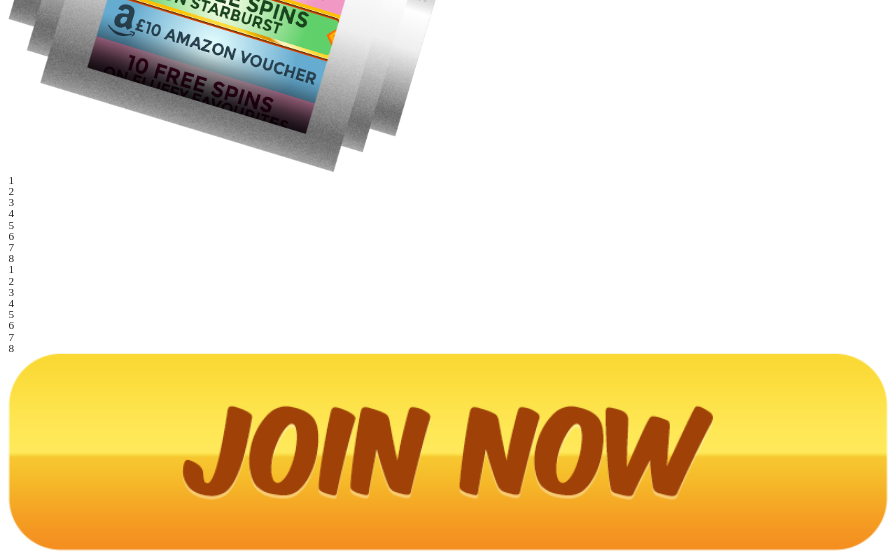
Repository: kligan/Animated_UI
Page: 15marketing/index.html
These files come from the project's save history. The page is drawn as it stood at one moment and after the next save; the edit follows.
The browser window is 1280 px wide. The pictures show the part of the page from y = 2118 to 4038 px (the page is 2905 px tall before and 4992 px after), at 70% of full size.

Above is the page before, as saved 2021-05-30 22:20:57.

After the next save:
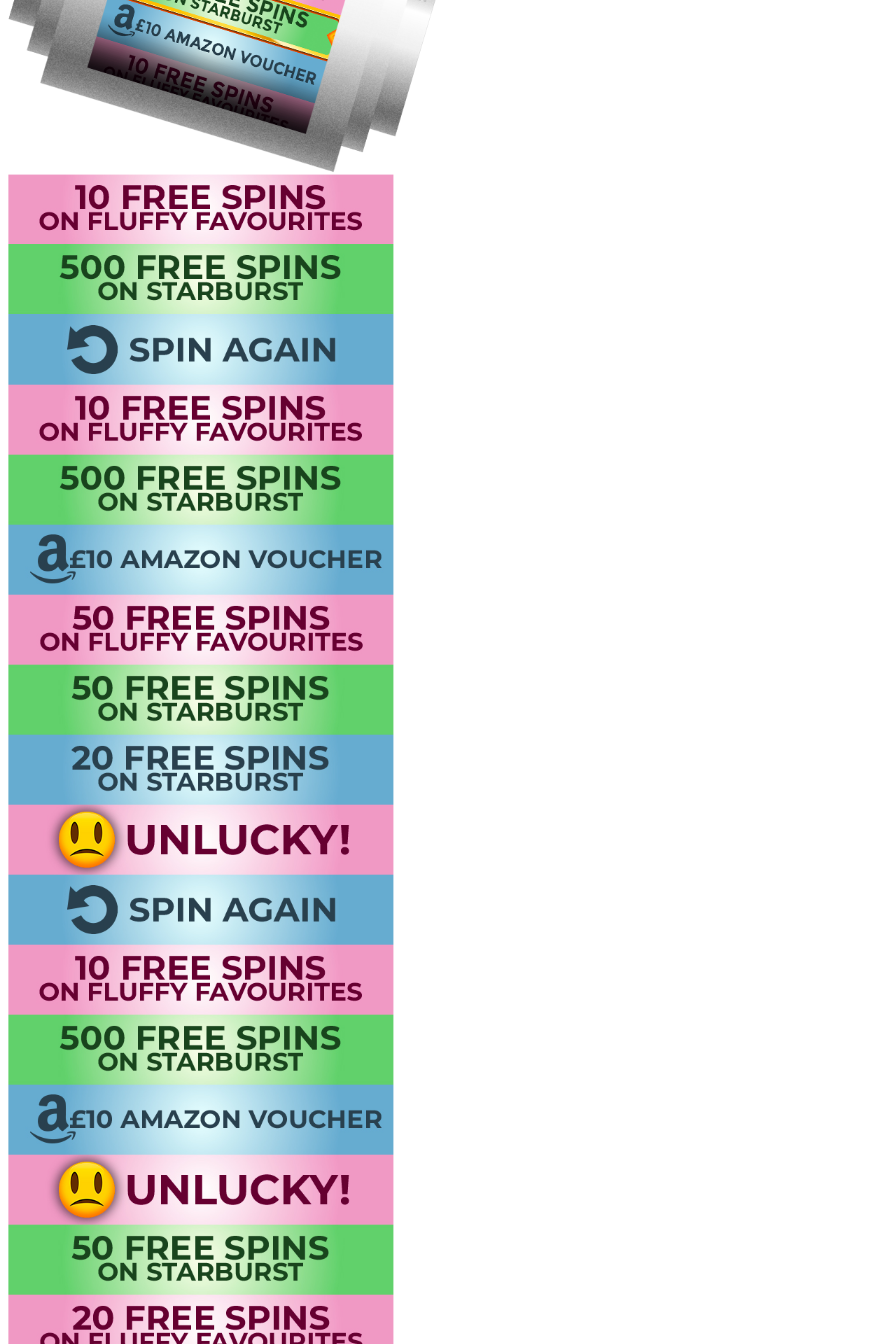
Saved 5 min 0 s later.
--- a/15marketing/index.html
+++ b/15marketing/index.html
@@ -30,7 +30,7 @@
                                 <img src="./assets/main-offer_reel.png">
                                 <div class="slot first">
                                     <div class="slot-inner">
-                                      <div class="panel">1</div>
+                                      <div class="panel"><img src="./assets/Animated Reel Assets/spin-machine_prizes.jpg"></div>
                                       <div class="panel">2</div>
                                       <div class="panel">3</div>
                                       <div class="panel">4</div>
